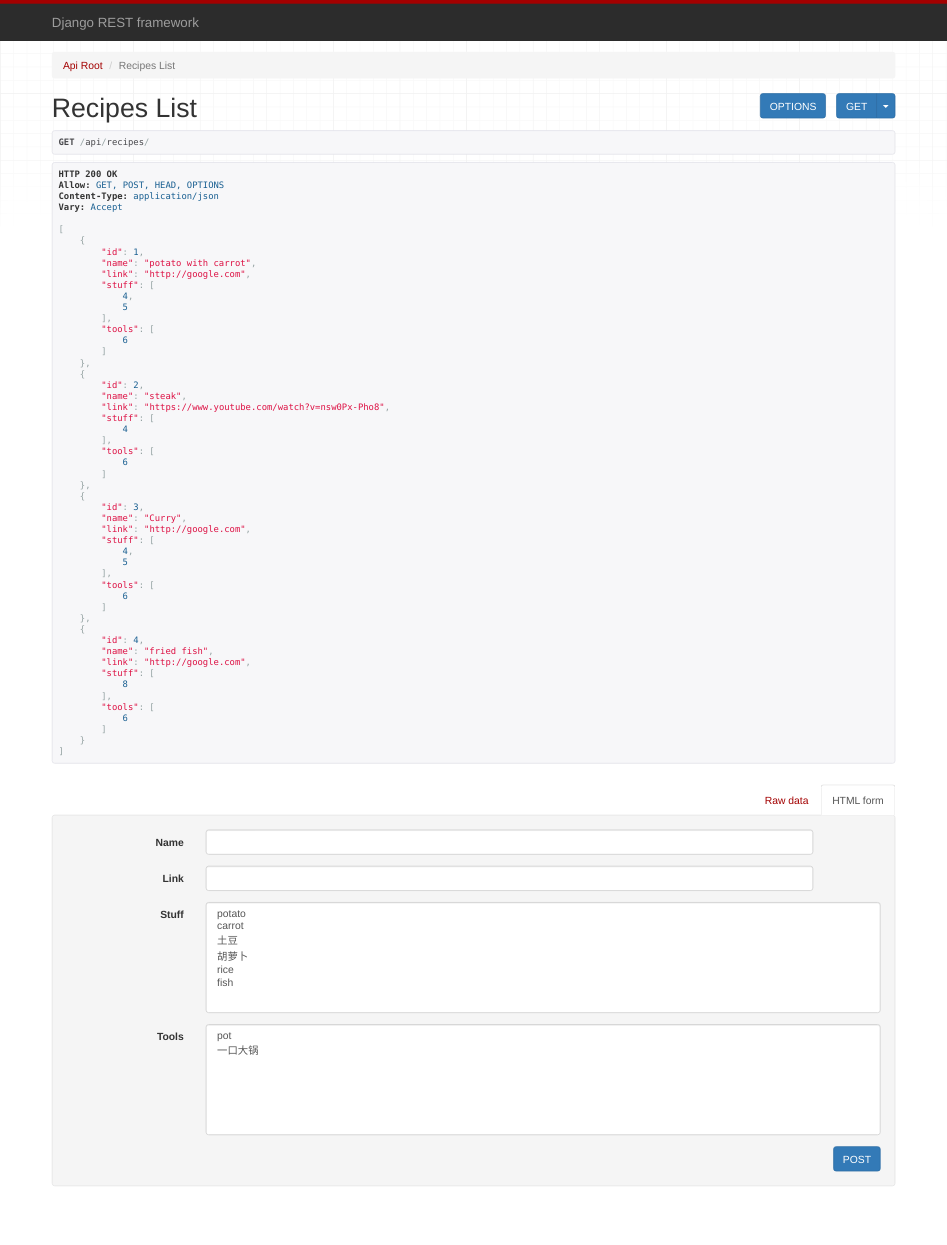
Repository: Floweroid/cook_backend
Page: http://localhost/api/recipes/
The author's editor kept a copy of each file at every save. The page is drawn from the files as they stood at one save, then again after the next save.
The browser window is 1280 px wide. The pictures show the whole page, at 74% of full size.
Backgrounds fixed to the window are drawn as part of the page. The page is served by the project's application, run on Django 4.2 (manage.py). The page reads the database file committed with the project.

Above is the page before, as saved 2023-11-26 08:14:13.

After the next save:
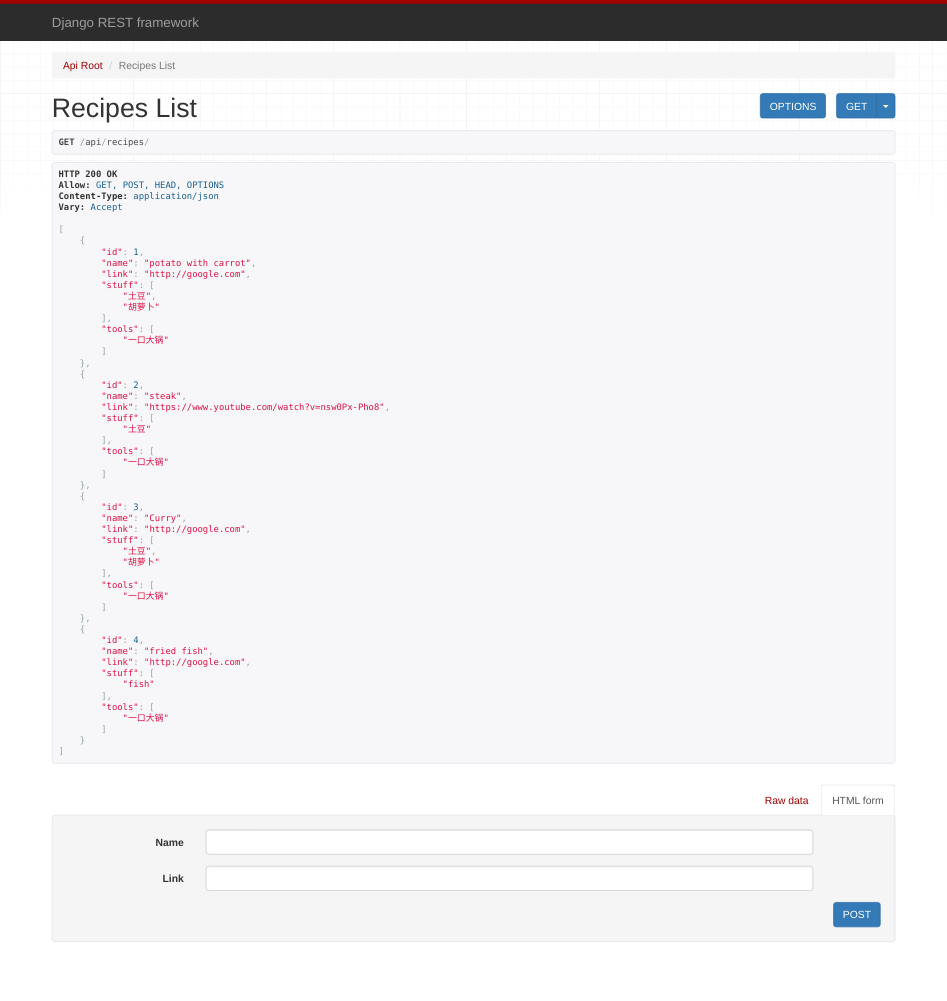
Saved 10 min 3 s later.
--- a/recipes/serializers.py
+++ b/recipes/serializers.py
@@ -1,7 +1,21 @@
 from rest_framework import serializers
-from .models import Recipe
+from .models import Recipe, Stuff
+
+class StuffSerializer(serializers.ModelSerializer):
+    class Meta:
+        model = Stuff
+        fields = ('id', 'type', 'name', 'emoji')
 
 class RecipeSerializer(serializers.ModelSerializer):
+    stuff = serializers.SerializerMethodField()
+    tools = serializers.SerializerMethodField()
+
     class Meta:
         model = Recipe
-        fields = '__all__'
+        fields = ('id', 'name', 'link', 'stuff', 'tools')
+
+    def get_stuff(self, obj):
+        return [stuff.name for stuff in obj.stuff.all()]
+
+    def get_tools(self, obj):
+        return [tool.name for tool in obj.tools.all()]
